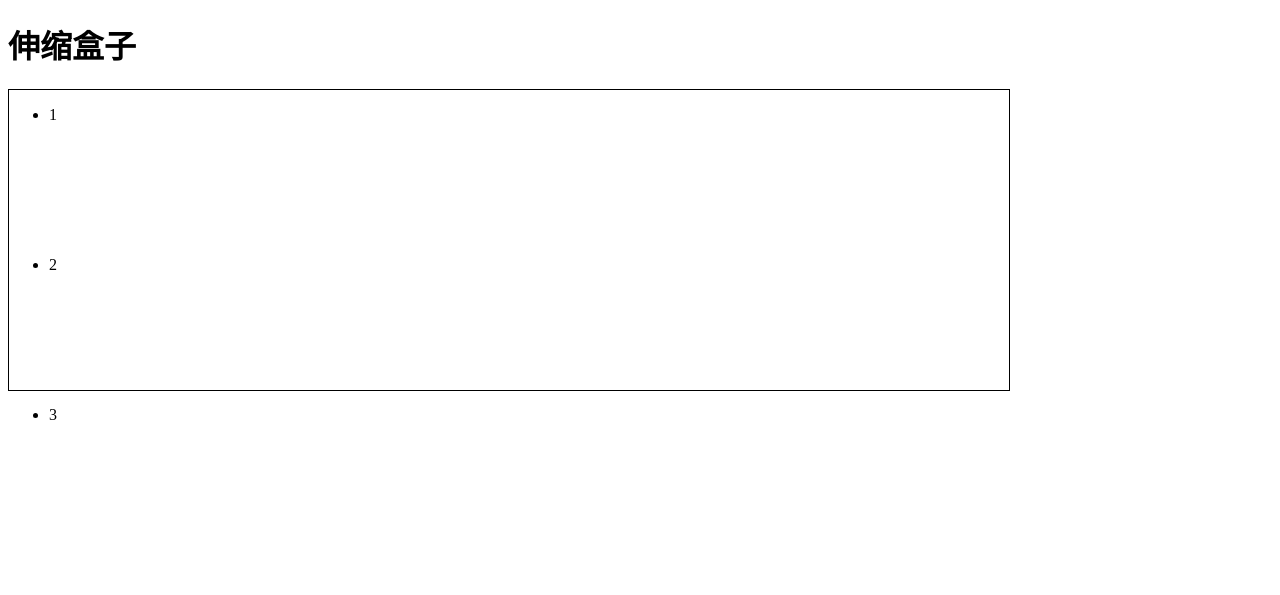
Repository: liuxi0811/web-demo
Page: 伸缩布局.html
An editor plug-in stored every save of this project. The page is shown before and after the next save, followed by the edit.
The browser window is 1280 px wide. The pictures show the whole page.

Above is the page before, as saved 2020-12-03 14:20:08.

### 伸缩布局.html
<!DOCTYPE html>
<html lang="en">
<head>
    <meta charset="UTF-8">
    <meta name="viewport" content="width=device-width, initial-scale=1.0">
    <title>Document</title>
    <style>
        div{
            width: 1000px;
            height: 300px;
            border: 1px solid;
        }

        li{
            width: 150px;
            height: 150px;
        }
    </style>
</head>
<body>
   <h1>伸缩盒子</h1>
    <div>
        <ul>
            <li>1</li>
            <li>2</li>
            <li>3</li>
    </div>
</body>
</html>

After the next save:
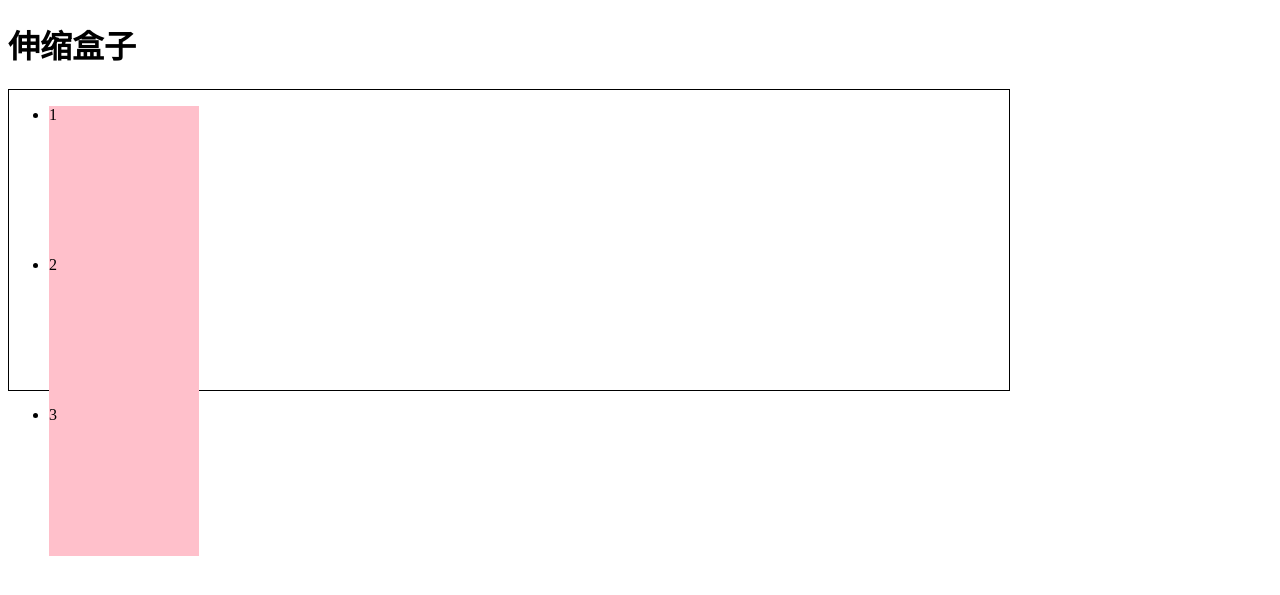
Saved 25 s later.
--- a/伸缩布局.html
+++ b/伸缩布局.html
@@ -14,6 +14,7 @@
         li{
             width: 150px;
             height: 150px;
+            background: pink;
         }
     </style>
 </head>
